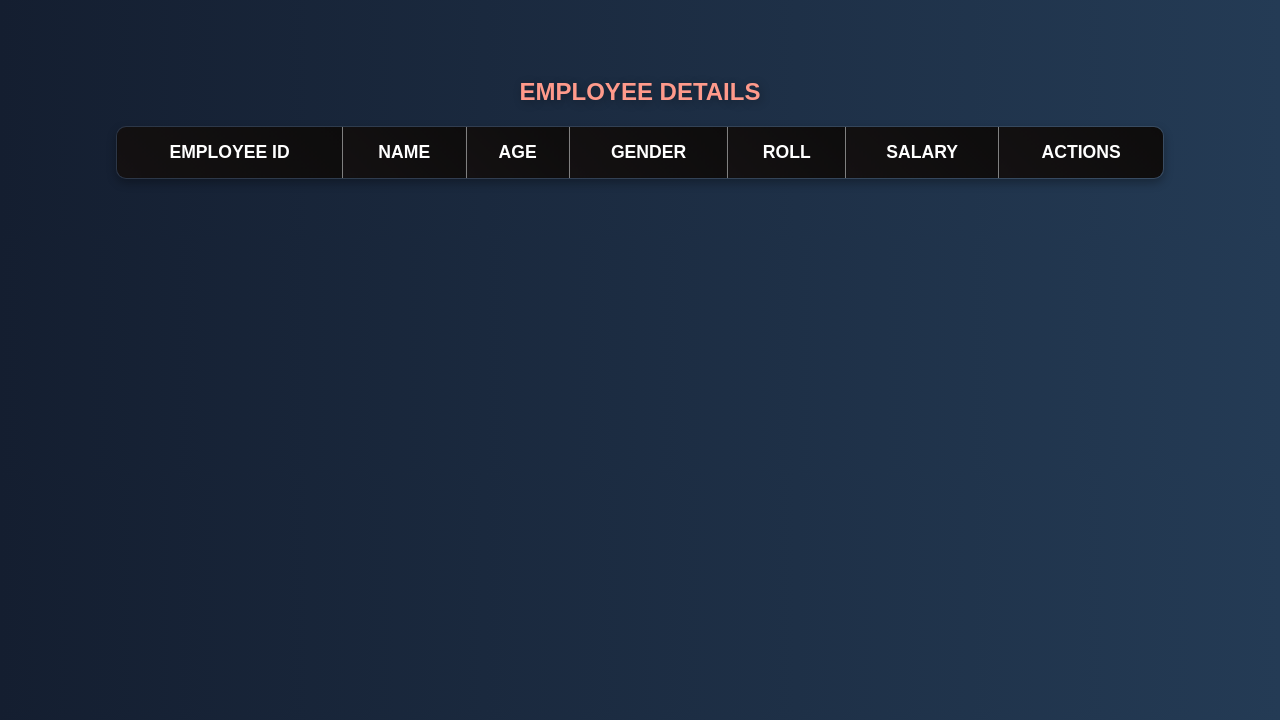
Repository: siva-shankar-2004/EmployeeManagementSystem
Page: src/main/resources/static/employeDetails.html
An editor plug-in stored every save of this project. The page is shown before and after the next save, followed by the edit.
The browser window is 1280 px wide. The pictures show the whole page.
The page's requests for data from a server got no answer.

Above is the page before, as saved 2025-04-04 21:25:36.

### src/main/resources/static/employeDetails.html
<!DOCTYPE html>
<html lang="en">
<head>
    <title>EMPLOYEE DETAILS</title>
    <script type="text/javascript" src="emp.js"></script>
    <style>
        body {
            font-family: 'Poppins', sans-serif;
            background: linear-gradient(to right, #141e30, #243b55);
            color: white;
            text-align: center;
            padding: 50px;
        }

        h2 {
            color: #ff9a8b;
            text-shadow: 2px 2px 10px rgba(0, 0, 0, 0.3);
        }

        table {
            width: 90%;
            margin: auto;
            border-collapse: collapse;
            background: rgba(255, 255, 255, 0.1);
            backdrop-filter: blur(10px);
            border-radius: 10px;
            overflow: hidden;
            box-shadow: 0px 4px 10px rgba(0, 0, 0, 0.3);
        }

        th, td {
            padding: 15px;
            text-align: center;
            font-size: 1.1em;
        }

        th {
            background: linear-gradient(45deg, #141112, #0d0c0c);
            color: white;
        }

        td {
            background: rgba(255, 255, 255, 0.2);
            color: white;
        }

        button {
            padding: 5px 10px;
            margin: 2px;
            border-radius: 5px;
            border: none;
            cursor: pointer;
        }

        .edit-btn {
            background-color: orange;
            color: white;
        }

        .delete-btn {
            background-color: crimson;
            color: white;
        }
    </style>
</head>
<body>
    <h2>EMPLOYEE DETAILS</h2>

    <table border="1">
        <thead>
            <tr>
                <th>EMPLOYEE ID</th>
                <th>NAME</th>
                <th>AGE</th>
                <th>GENDER</th>
                <th>ROLL</th>
                <th>SALARY</th>
                <th>ACTIONS</th>
            </tr>
        </thead>
        <tbody id="employeeDetails"></tbody>
    </table>

    <script type="text/javascript">
        window.onload = function() {
            showemployee();
        };
    </script>
</body>
</html>

### src/main/resources/static/emp.js
function showemployee() {
    fetch("http://localhost:8080/employees")
        .then((response) => response.json())
        .then((employees) => {
            const dataTable = document.getElementById("employeeDetails");
            dataTable.innerHTML = ""; // Clear previous data

            employees.forEach(employee => {
                const row = `
                    <tr>
                        <td>${employee.id}</td>
                        <td><input type="text" id="name-${employee.id}" value="${employee.name}"></td>
                        <td><input type="number" id="age-${employee.id}" value="${employee.age}"></td>
                        <td><input type="text" id="gender-${employee.id}" value="${employee.gender}"></td>
                        <td><input type="text" id="roll-${employee.id}" value="${employee.employeeroll}"></td>
                        <td><input type="text" id="salary-${employee.id}" value="${employee.salary}"></td>
                        <td>
                            <button class="edit-btn" onclick="updateEmployee('${employee.id}')">Update</button>
                            <button class="delete-btn" onclick="deleteEmployee('${employee.id}')">Delete</button>
                        </td>
                    </tr>`;
                dataTable.innerHTML += row;
            });
        })
        .catch(error => console.error('Error fetching employees:', error));
}

function updateEmployee(id) {
    const name = document.getElementById(`name-${id}`).value;
    const age = document.getElementById(`age-${id}`).value;
    const gender = document.getElementById(`gender-${id}`).value;
    const employeeroll = document.getElementById(`roll-${id}`).value;
    const salary = document.getElementById(`salary-${id}`).value;

    const params = new URLSearchParams({
        name,
        age,
        gender,
        employeeroll,
        salary
    });

    fetch(`http://localhost:8080/employees/${id}?${params.toString()}`, {
        method: 'PUT'
    })
    .then(response => {
        if (response.ok) {
            alert("Employee updated successfully!");
            showemployee();
        } else {
            alert("Failed to update employee.");
        }
    });
}

function deleteEmployee(id) {
    fetch(`http://localhost:8080/employees/${id}`, {
        method: 'DELETE'
    })
    .then(response => {
        if (response.ok) {
            alert("Employee deleted successfully!");
            showemployee();
        } else {
            alert("Failed to delete employee.");
        }
    });
}

function showemployeetask() {
    fetch("http://localhost:8080/employees/task")
        .then((response) => response.json())
        .then((tasks) => {
            const taskTable = document.getElementById("employeetask");
            taskTable.innerHTML = "";

            tasks.forEach(task => {
                const row = `
                    <tr>
                        <td>${task.employeeId}</td>
                        <td>${task.taskId}</td>
                        <td>${task.taskname}</td>
                        <td>${task.taskmanager}</td>
                        <td>${task.deadline}</td>
                    </tr>`;
                taskTable.innerHTML += row;
            });
        })
        .catch(error => console.error('Error fetching employee tasks:', error));
}

After the next save:
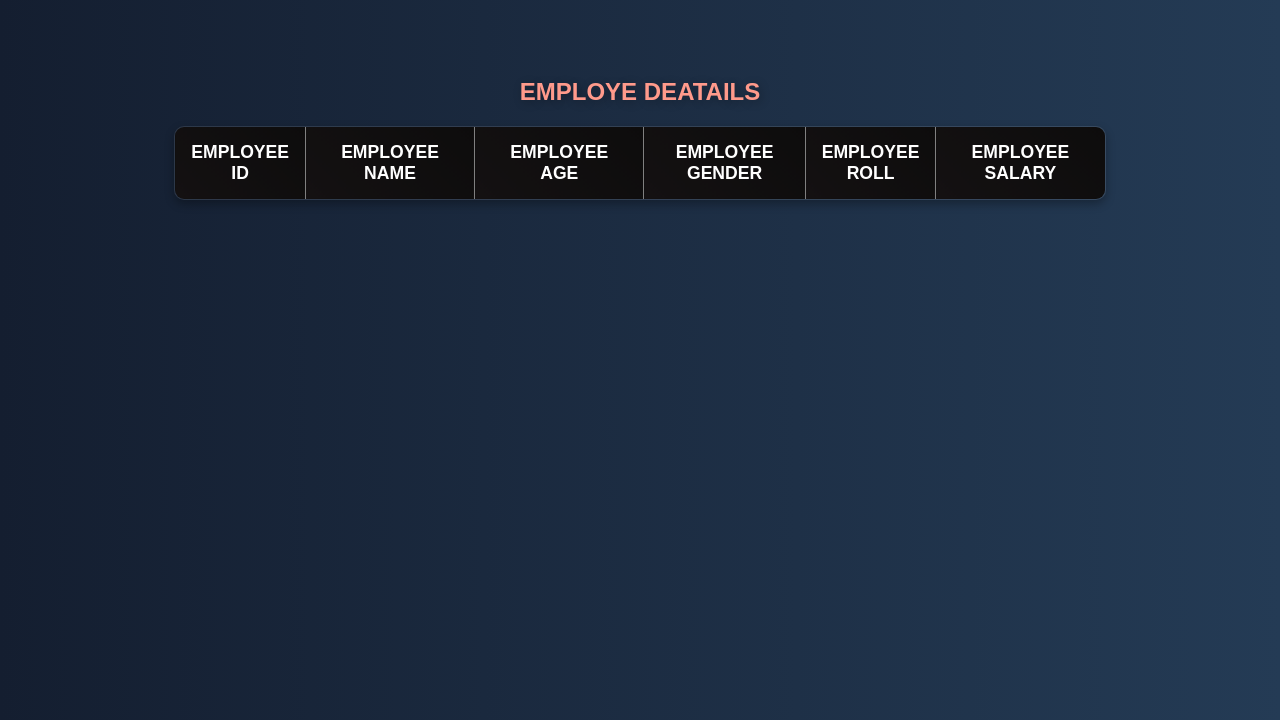
Saved 14 min 13 s later.
--- a/src/main/resources/static/employeDetails.html
+++ b/src/main/resources/static/employeDetails.html
@@ -18,7 +18,7 @@
         }
 
         table {
-            width: 90%;
+            width: 80%;
             margin: auto;
             border-collapse: collapse;
             background: rgba(255, 255, 255, 0.1);
@@ -43,43 +43,24 @@
             background: rgba(255, 255, 255, 0.2);
             color: white;
         }
-
-        button {
-            padding: 5px 10px;
-            margin: 2px;
-            border-radius: 5px;
-            border: none;
-            cursor: pointer;
-        }
-
-        .edit-btn {
-            background-color: orange;
-            color: white;
-        }
-
-        .delete-btn {
-            background-color: crimson;
-            color: white;
-        }
     </style>
 </head>
 <body>
-    <h2>EMPLOYEE DETAILS</h2>
+    <h2>EMPLOYE DEATAILS</h2>
 
     <table border="1">
-        <thead>
-            <tr>
-                <th>EMPLOYEE ID</th>
-                <th>NAME</th>
-                <th>AGE</th>
-                <th>GENDER</th>
-                <th>ROLL</th>
-                <th>SALARY</th>
-                <th>ACTIONS</th>
-            </tr>
-        </thead>
-        <tbody id="employeeDetails"></tbody>
+        <tr>
+            <th width="100">EMPLOYEE ID</th>
+            <th width="150">EMPLOYEE NAME</th>
+            <th width="150">EMPLOYEE AGE</th>
+            <th width="140">EMPLOYEE GENDER</th>
+            <th width="100">EMPLOYEE ROLL</th>
+            <th width="150">EMPLOYEE SALARY</th>
+        </tr>
+        <tbody id="employeeDetails"></tbody> <!-- Table body where rows will be inserted -->
     </table>
+
+
 
     <script type="text/javascript">
         window.onload = function() {
